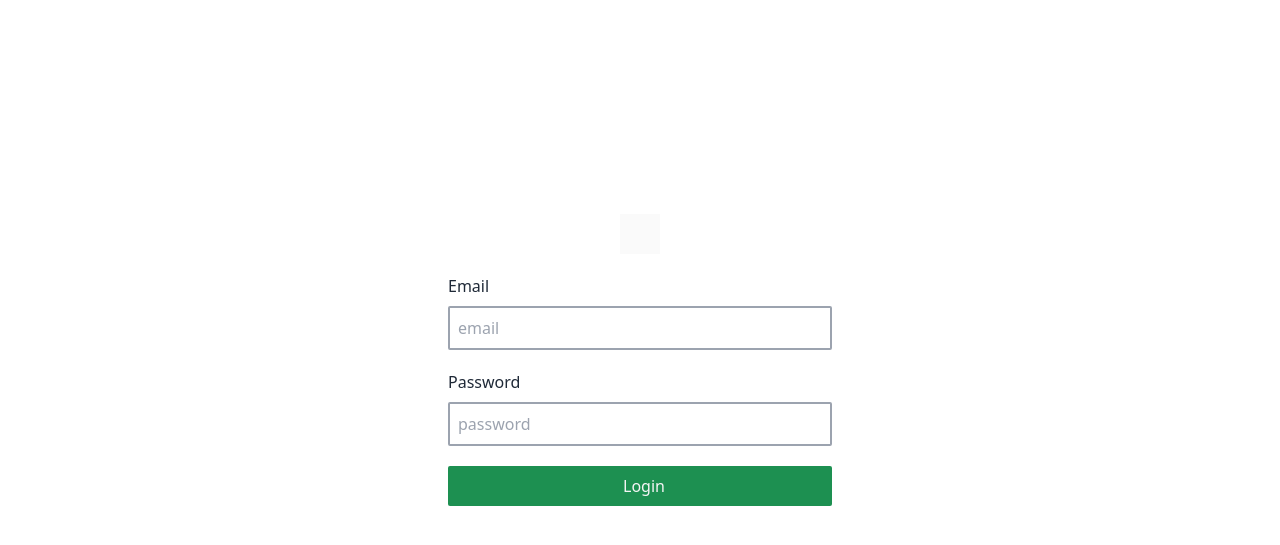
Repository: Sanaa00/Green-Exchange-AdminPanel
Page: /
An editor plug-in stored every save of this project. The page is shown before and after the next save, followed by the edit.
The browser window is 1280 px wide. The pictures show the whole page.
The project was rebuilt for these pictures with package versions that can differ from the ones it lists, and the page was loaded fresh each time. Also part of the build but not shown: vite.config.js, src/Component/Pagination.jsx, src/Pages/HideProducts.jsx, src/features/products.jsx, src/Component/Loading.jsx, src/Pages/Products.jsx, src/Component/Logo.jsx, src/Component/Sidbar.jsx and 8 more.

Above is the page before, as saved 2024-01-29 20:56:56.

### src/main.jsx
import React from 'react';
import ReactDOM from 'react-dom/client';
import App from './App.jsx';
import './index.css';
import { BrowserRouter } from 'react-router-dom';
import { Provider } from 'react-redux';
import store from './store.jsx';

ReactDOM.createRoot(document.getElementById('root')).render(
  <React.StrictMode>
    <BrowserRouter>
      <Provider store={store}>
        <App />
      </Provider>
    </BrowserRouter>
  </React.StrictMode>,
);

### src/App.jsx
import { Route, Routes } from 'react-router-dom';
import './App.css';
import HideProducts from './Pages/HideProducts';
import Products from './Pages/Products';
import Sidbar from './Component/Sidbar';
import Dashboard from './Pages/Dashboard';
import Setting from './Pages/Setting';
import Login from './Pages/Login';

function App() {
  return (
    <>
      <Routes>
        <Route path="/sidbar" element={<Sidbar />}>
          <Route path="sidbar" element={<Dashboard />} />
          <Route path="products" element={<Products />} />
          <Route path="setting" element={<Setting />} />
          <Route path="hide" element={<HideProducts />} />
        </Route>
        <Route path="/" element={<Login />} />
      </Routes>
    </>
  );
}

export default App;

### src/store.jsx
import { configureStore } from '@reduxjs/toolkit';
import { apiSlice } from './features/api';
export const store = configureStore({
  reducer: {
    [apiSlice.reducerPath]: apiSlice.reducer,
  },
  middleware: (getDefaultMiddleware) =>
    getDefaultMiddleware().concat(apiSlice.middleware),
});
export default store;

### src/Pages/Login.jsx
import { useEffect, useState } from 'react';
import PrimaryButton from '../Component/PrimaryButton';
import { useLoginMutation } from '../features/auth';
import { Navigate } from 'react-router-dom';

function Login() {
  const [login, { data, isError, isLoading, isSuccess }] = useLoginMutation();
  // console.log(data?.data?.data?.data);
  const [formData, setFormData] = useState({
    email: '',
    password: '',
  });
  console.log('login', data?.data, isError, isLoading, isSuccess);
  const handleInput = (e) => {
    setFormData({ ...formData, [e.target.name]: e.target.value });
  };
  const handleFormData = () => {
    console.log(formData);
    login(formData);
    //add to route
  };

  // useEffect(() => {
  //   localStorage.setItem('admin', data?.data?.data);
  // }, [data]);
  useEffect(() => {
    if (!isError && !isLoading && data && data?.status == 'success') {
      //  data?.status == 'success'
      //  ?
      JSON.stringify(localStorage.setItem('admin', JSON.stringify(data?.data)));
      //  : setThereUser('user not found');
    }
  }, [data, isError, isLoading]);
  if (data?.status == 'success' && data?.data?.token)
    return <Navigate to="/sidbar" replace />;

  return (
    <div className="flex flex-col text-gray-800 items-center justify-center h-screen ">
      <div className="bg-neutral-50 p-5"></div>
      <div className="mt-5 flex flex-col ">
        <label htmlFor="Username">Email</label>
        <input
          id="email"
          value={formData.email}
          onChange={(e) => handleInput(e)}
          required={true}
          name="email"
          className="mt-2 w-96 focus:outline-none border-2 py-2 rounded-sm p-2 hover:duration-300 duration-300 border-gray-400 hover:border-gray-500 focus:border-green"
          placeholder="email"
        />
      </div>

      <div className="mt-5 flex flex-col">
        <label htmlFor="Password">Password</label>
        <input
          id="password"
          value={formData.password}
          onChange={(e) => handleInput(e)}
          required={true}
          name="password"
          className="mt-2 w-96 focus:outline-none border-2 py-2 rounded-sm p-2 hover:duration-300 duration-300 border-gray-400 hover:border-gray-500 focus:border-green "
          placeholder="password"
        />
      </div>
      <div className="mt-5">
        <PrimaryButton
          text="Login"
          color={'green'}
          widthbutton={'24rem'}
          textColor="neutral-100"
          align={'center'}
          onClick={() => handleFormData()}
        />
      </div>
    </div>
  );
}

export default Login;

### src/features/api.jsx
import { createApi, fetchBaseQuery } from '@reduxjs/toolkit/query/react';

export const apiSlice = createApi({
  reducerPath: 'api',
  baseQuery: fetchBaseQuery({
    baseUrl: import.meta.env.VITE_BACK_END,
    //     tagTypes: ['userData', 'products', 'profile'],
    prepareHeaders: (headers) => {
      const data = JSON.parse(localStorage.getItem('userData'));
      const token = data?.token;
      if (token) {
        headers.set('Authorization', `Bearer ${token}`);
      }

      return headers;
    },
  }),
  endpoints: () => ({}),
});

### utility.jsx
import { BiSolidDashboard } from 'react-icons/bi';
import { TbShoe } from 'react-icons/tb';
import { TbShoeOff } from 'react-icons/tb';
import { IoSettingsSharp } from 'react-icons/io5';
import { FaRegUser } from 'react-icons/fa6';
import { TbProgress } from 'react-icons/tb';
import { FiActivity } from 'react-icons/fi';
export const sidbarItem = [
  {
    id: 1,
    name: 'Dashboard',
    url: 'sidbar',
    icon: <BiSolidDashboard className="w-6 h-6" />,
  },
  {
    id: 2,
    name: 'Products',
    url: 'products',
    icon: <TbShoe className="w-6 h-6" />,
  },
  {
    id: 3,
    name: 'Hide Products',
    url: 'hide',
    icon: <TbShoeOff className="w-6 h-6" />,
  },
  {
    id: 4,
    name: 'Setting',
    url: 'setting',
    icon: <IoSettingsSharp className="w-6 h-6" />,
  },
];
export const products = [
  {
    id: 1,
    name: 'product 1',
    url: 'https://images.unsplash.com/photo-1560769629-975ec94e6a86?q=80&w=1964&auto=format&fit=crop&ixlib=rb-4.0.3&ixid=M3wxMjA3fDB8MHxwaG90by1wYWdlfHx8fGVufDB8fHx8fA%3D%3D',
  },
  {
    id: 2,
    name: 'product 2',
    url: 'https://images.unsplash.com/photo-1560769629-975ec94e6a86?q=80&w=1964&auto=format&fit=crop&ixlib=rb-4.0.3&ixid=M3wxMjA3fDB8MHxwaG90by1wYWdlfHx8fGVufDB8fHx8fA%3D%3D',
  },
  {
    id: 3,
    name: 'product 3',
    url: 'https://images.unsplash.com/photo-1560769629-975ec94e6a86?q=80&w=1964&auto=format&fit=crop&ixlib=rb-4.0.3&ixid=M3wxMjA3fDB8MHxwaG90by1wYWdlfHx8fGVufDB8fHx8fA%3D%3D',
  },
  {
    id: 4,
    name: 'product 4',
    url: 'https://images.unsplash.com/photo-1560769629-975ec94e6a86?q=80&w=1964&auto=format&fit=crop&ixlib=rb-4.0.3&ixid=M3wxMjA3fDB8MHxwaG90by1wYWdlfHx8fGVufDB8fHx8fA%3D%3D',
  },
  {
    id: 5,
    name: 'product 5',
    url: 'https://images.unsplash.com/photo-1560769629-975ec94e6a86?q=80&w=1964&auto=format&fit=crop&ixlib=rb-4.0.3&ixid=M3wxMjA3fDB8MHxwaG90by1wYWdlfHx8fGVufDB8fHx8fA%3D%3D',
  },
  {
    id: 6,
    name: 'product 6',
    url: 'https://images.unsplash.com/photo-1560769629-975ec94e6a86?q=80&w=1964&auto=format&fit=crop&ixlib=rb-4.0.3&ixid=M3wxMjA3fDB8MHxwaG90by1wYWdlfHx8fGVufDB8fHx8fA%3D%3D',
  },
];

export const UnHideProducts = [
  {
    id: 1,
    name: 'product 1',
    url: 'https://images.unsplash.com/photo-1560769629-975ec94e6a86?q=80&w=1964&auto=format&fit=crop&ixlib=rb-4.0.3&ixid=M3wxMjA3fDB8MHxwaG90by1wYWdlfHx8fGVufDB8fHx8fA%3D%3D',
  },
  {
    id: 2,
    name: 'product 2',
    url: 'https://images.unsplash.com/photo-1560769629-975ec94e6a86?q=80&w=1964&auto=format&fit=crop&ixlib=rb-4.0.3&ixid=M3wxMjA3fDB8MHxwaG90by1wYWdlfHx8fGVufDB8fHx8fA%3D%3D',
  },
  {
    id: 3,
    name: 'product 3',
    url: 'https://images.unsplash.com/photo-1560769629-975ec94e6a86?q=80&w=1964&auto=format&fit=crop&ixlib=rb-4.0.3&ixid=M3wxMjA3fDB8MHxwaG90by1wYWdlfHx8fGVufDB8fHx8fA%3D%3D',
  },
  {
    id: 4,
    name: 'product 4',
    url: 'https://images.unsplash.com/photo-1560769629-975ec94e6a86?q=80&w=1964&auto=format&fit=crop&ixlib=rb-4.0.3&ixid=M3wxMjA3fDB8MHxwaG90by1wYWdlfHx8fGVufDB8fHx8fA%3D%3D',
  },
  {
    id: 5,
    name: 'product 5',
    url: 'https://images.unsplash.com/photo-1560769629-975ec94e6a86?q=80&w=1964&auto=format&fit=crop&ixlib=rb-4.0.3&ixid=M3wxMjA3fDB8MHxwaG90by1wYWdlfHx8fGVufDB8fHx8fA%3D%3D',
  },
  {
    id: 6,
    name: 'product 6',
    url: 'https://images.unsplash.com/photo-1560769629-975ec94e6a86?q=80&w=1964&auto=format&fit=crop&ixlib=rb-4.0.3&ixid=M3wxMjA3fDB8MHxwaG90by1wYWdlfHx8fGVufDB8fHx8fA%3D%3D',
  },
];

export const total = [
  {
    id: 1,
    name: 'total user',
    icon: <FaRegUser />,
    number: 20,
  },
  {
    id: 2,
    name: 'total Activity',
    icon: <FiActivity />,
    number: 20,
  },
  {
    id: 3,
    name: 'total Product',
    icon: <TbShoe className="w-10 h-10" />,
    number: 20,
  },
  {
    id: 4,
    name: 'total order',
    icon: <TbProgress />,
    number: 20,
  },
];

### src/Component/PrimaryButton.jsx
/* eslint-disable react/prop-types */
// eslint-disable-next-line react/prop-types
function PrimaryButton({
  widthbutton,
  text,
  icon,
  color,
  textColor,
  align,
  onClick,
}) {
  return (
    <button
      onClick={onClick}
      //  onclick={onclick}
      style={{ width: widthbutton }}
      className={`rounded-sm py-1 text-neutral0 flex items-center bg-${color} text-${textColor} py-2 text-${align}`}
    >
      {icon}
      <span className="ml-2 w-full">{text}</span>
    </button>
  );
}

export default PrimaryButton;

### src/features/auth.jsx
import { apiSlice } from './api';

const authApi = apiSlice.injectEndpoints({
  endpoints: (builder) => ({
    signup: builder.mutation({
      query: (body) => ({
        url: 'api/user/signupauth/',
        method: 'POST',
        body: body,
      }),
    }),

    login: builder.mutation({
      query: (body) => ({
        url: 'api/user/admin',
        method: 'POST',
        body: body,
      }),
      invalidatesTags: ['userData'],
    }),
  }),
});

export const { useSignupMutation, useLoginMutation } = authApi;

### tailwind.config.js
/** @type {import('tailwindcss').Config} */
export default {
  content: ['./index.html', './src/**/*.{js,ts,jsx,tsx}'],
  theme: {
    extend: {
      fontFamily: {
        english: 'english',
        kurdish: 'kurdish',
        ubuntu: 'ubuntu',
      },
      colors: {
        green: '#1d9051',
        jade: {
          50: '#ebfef6',
          100: '#d0fbe6',
          200: '#a4f6d2',
          300: '#6aebbc',
          400: '#2fd89f',
          500: '#0abf88',
          600: '#00aa7a',
          700: '#007c5c',
          800: '#03624a',
          900: '#04503e',
          950: '#012d24',
        },
      },
    },
  },
  plugins: [],
};

// TODO:
// 1 - loading
// 2 - checky lengthy productakan bkamwa agar 0 bu illustration dabnem
// 3 - pagination tawaw kam katek data habu
// 4-

Loaded but not shown: index.html (common file); src/index.css (common file); src/App.css (common file)

After the next save:
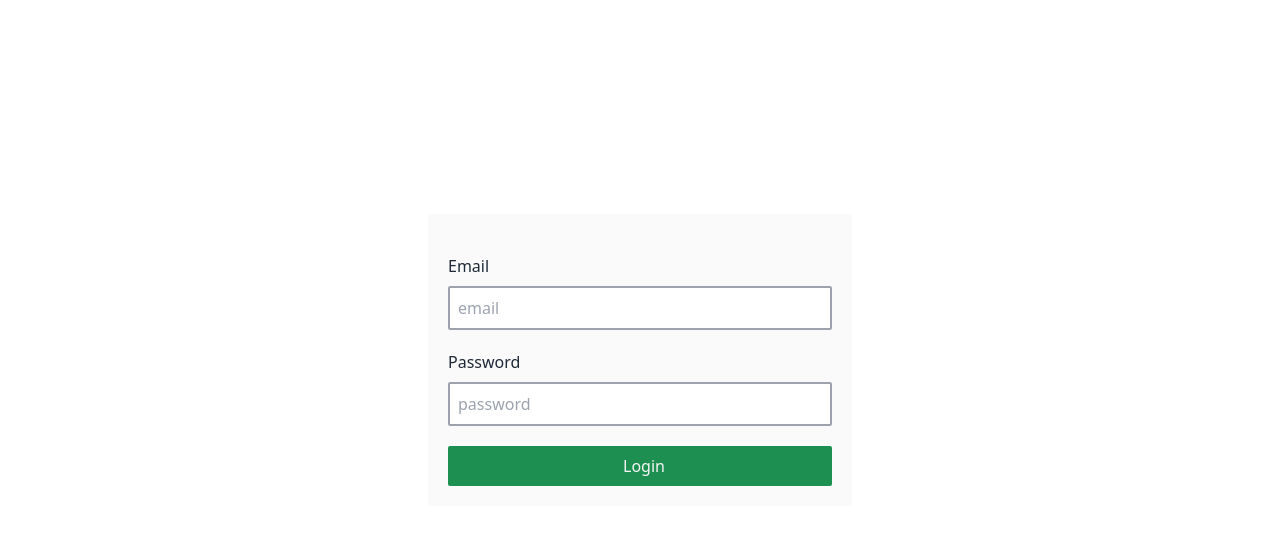
Saved 31 s later.
--- a/src/Pages/Login.jsx
+++ b/src/Pages/Login.jsx
@@ -36,41 +36,41 @@ function Login() {
 
   return (
     <div className="flex flex-col text-gray-800 items-center justify-center h-screen ">
-      <div className="bg-neutral-50 p-5"></div>
-      <div className="mt-5 flex flex-col ">
-        <label htmlFor="Username">Email</label>
-        <input
-          id="email"
-          value={formData.email}
-          onChange={(e) => handleInput(e)}
-          required={true}
-          name="email"
-          className="mt-2 w-96 focus:outline-none border-2 py-2 rounded-sm p-2 hover:duration-300 duration-300 border-gray-400 hover:border-gray-500 focus:border-green"
-          placeholder="email"
-        />
-      </div>
-
-      <div className="mt-5 flex flex-col">
-        <label htmlFor="Password">Password</label>
-        <input
-          id="password"
-          value={formData.password}
-          onChange={(e) => handleInput(e)}
-          required={true}
-          name="password"
-          className="mt-2 w-96 focus:outline-none border-2 py-2 rounded-sm p-2 hover:duration-300 duration-300 border-gray-400 hover:border-gray-500 focus:border-green "
-          placeholder="password"
-        />
-      </div>
-      <div className="mt-5">
-        <PrimaryButton
-          text="Login"
-          color={'green'}
-          widthbutton={'24rem'}
-          textColor="neutral-100"
-          align={'center'}
-          onClick={() => handleFormData()}
-        />
+      <div className="bg-neutral-50 p-5">
+        <div className="mt-5 flex flex-col ">
+          <label htmlFor="Username">Email</label>
+          <input
+            id="email"
+            value={formData.email}
+            onChange={(e) => handleInput(e)}
+            required={true}
+            name="email"
+            className="mt-2 w-96 focus:outline-none border-2 py-2 rounded-sm p-2 hover:duration-300 duration-300 border-gray-400 hover:border-gray-500 focus:border-green"
+            placeholder="email"
+          />
+        </div>{' '}
+        <div className="mt-5 flex flex-col">
+          <label htmlFor="Password">Password</label>
+          <input
+            id="password"
+            value={formData.password}
+            onChange={(e) => handleInput(e)}
+            required={true}
+            name="password"
+            className="mt-2 w-96 focus:outline-none border-2 py-2 rounded-sm p-2 hover:duration-300 duration-300 border-gray-400 hover:border-gray-500 focus:border-green "
+            placeholder="password"
+          />
+        </div>{' '}
+        <div className="mt-5">
+          <PrimaryButton
+            text="Login"
+            color={'green'}
+            widthbutton={'24rem'}
+            textColor="neutral-100"
+            align={'center'}
+            onClick={() => handleFormData()}
+          />
+        </div>
       </div>
     </div>
   );
